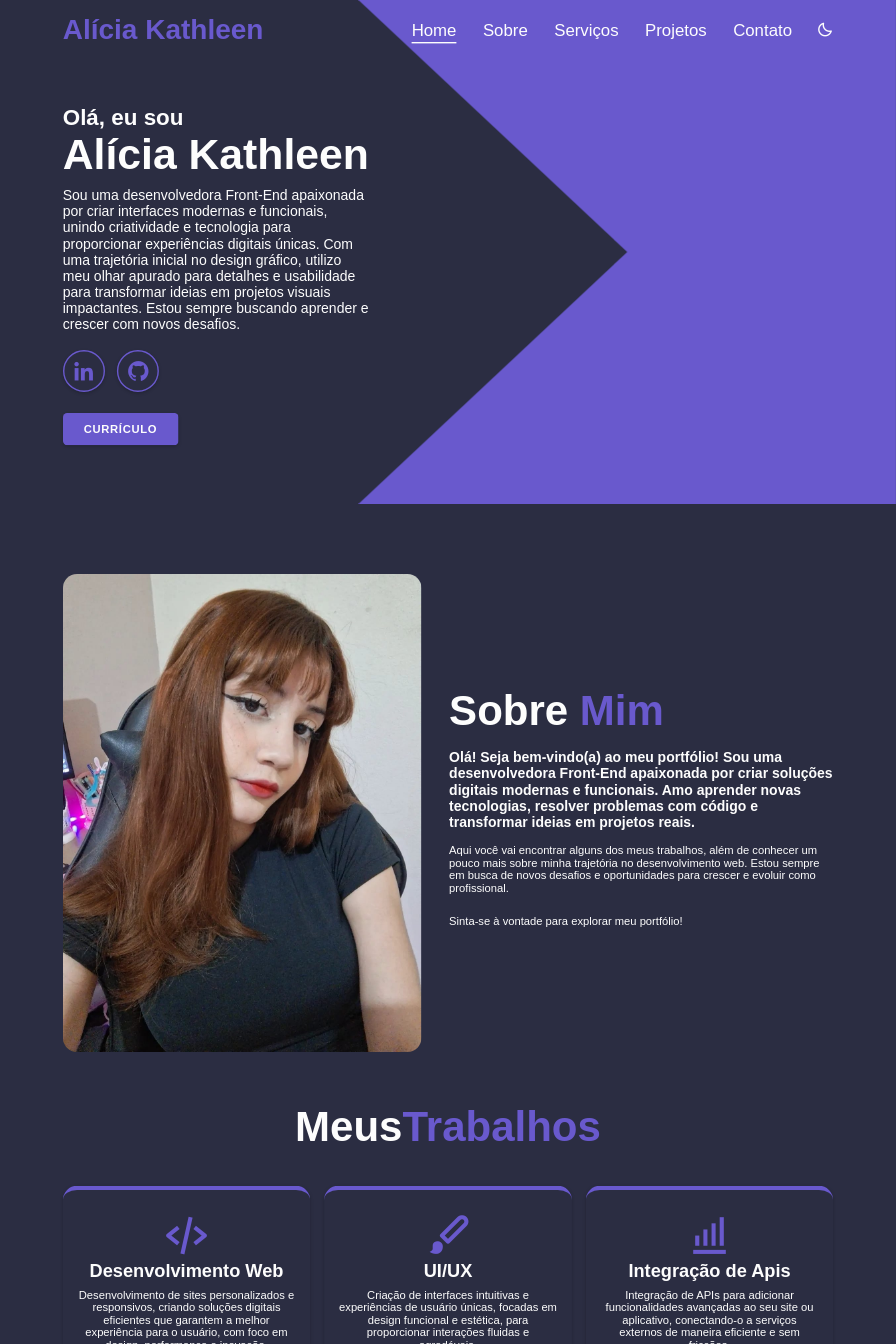
Repository: AliciaKathleen/portfolio-2025
Page: index.html
An editor plug-in stored every save of this project. The page is shown before and after the next save, followed by the edit.
The browser window is 1280 px wide. The pictures show the part of the page from y = 0 to 1920 px (the page is 3946 px tall), at 70% of full size.

Above is the page before, as saved 2025-01-27 16:44:21.
Console error: TypeError: Cannot read properties of null (reading 'classList')

After the next save:
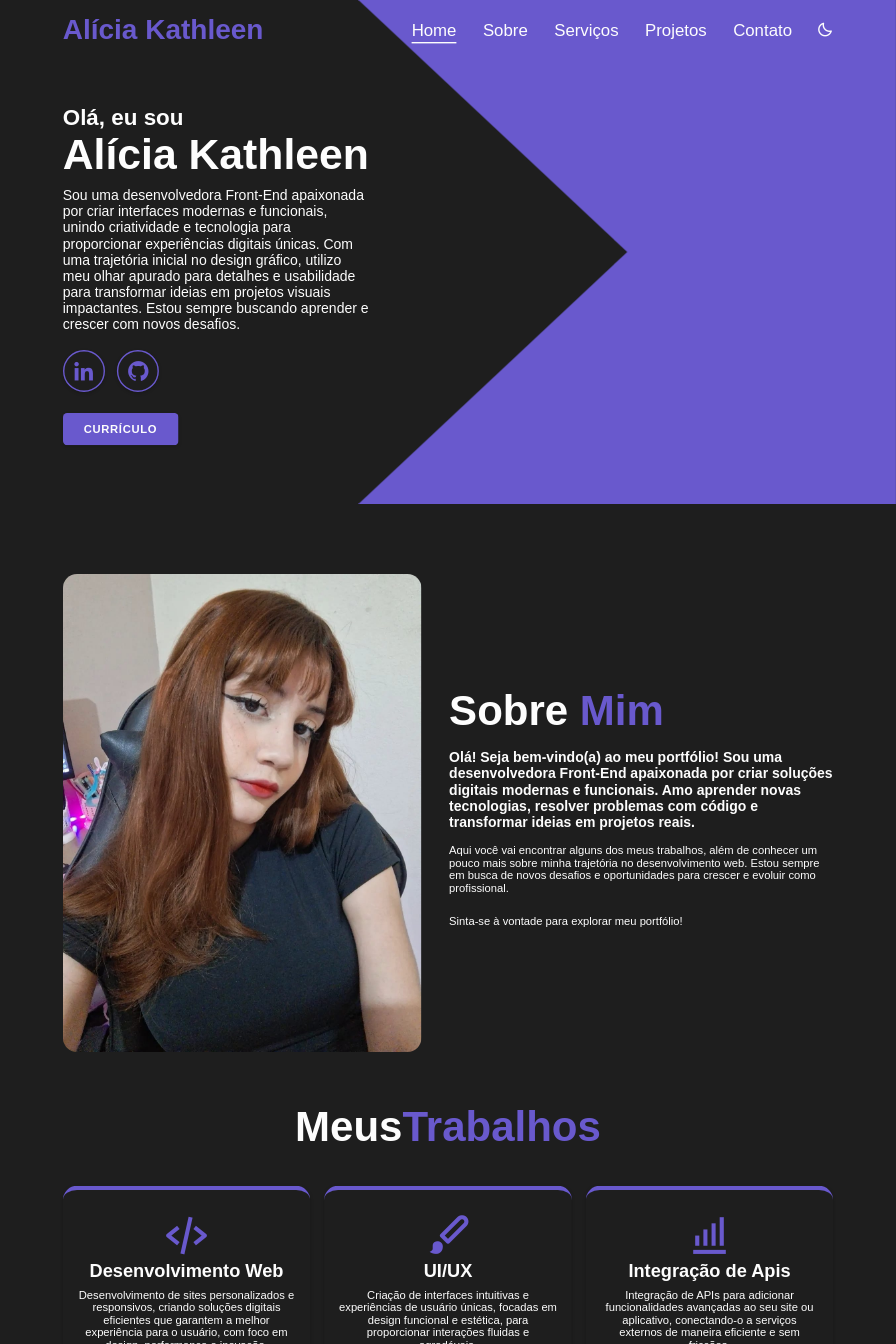
Saved 53 s later.
--- a/style.css
+++ b/style.css
@@ -10,7 +10,7 @@
 }
 
 :root {
-    --bg-color: #2B2D42;
+    --bg-color: #1E1E1E;
     --text-color: #fdfdfd;
     --main-color: #6959CD;
     --white-color: #fdfdfd;
